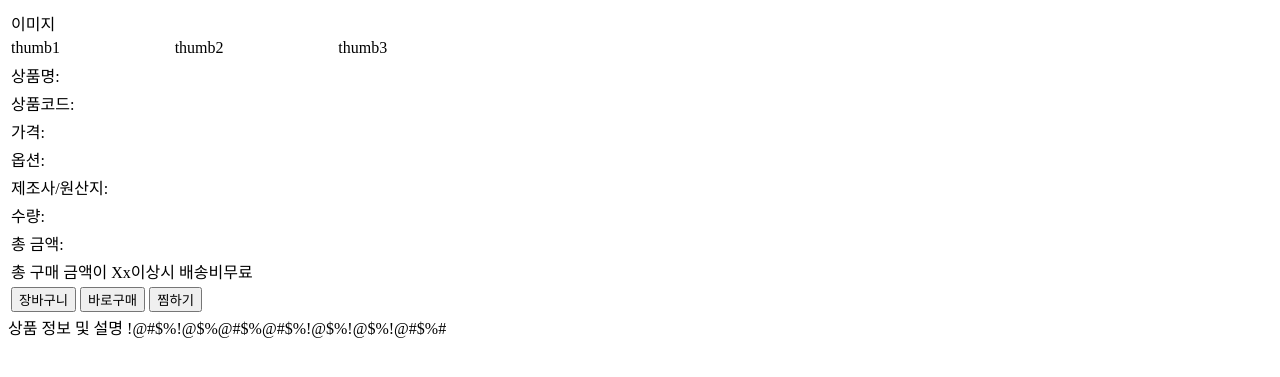
Repository: heeya90/ProjectShoppingMall
Page: http://localhost/ProjectShoppingMall/goods/goods_view.jsp
An editor plug-in stored every save of this project. The page is shown before and after the next save, followed by the edit.
The browser window is 1280 px wide. The pictures show the whole page.
The page is served by Tomcat 9.

Above is the page before, as saved 2012-07-30 08:16:18.

After the next save:
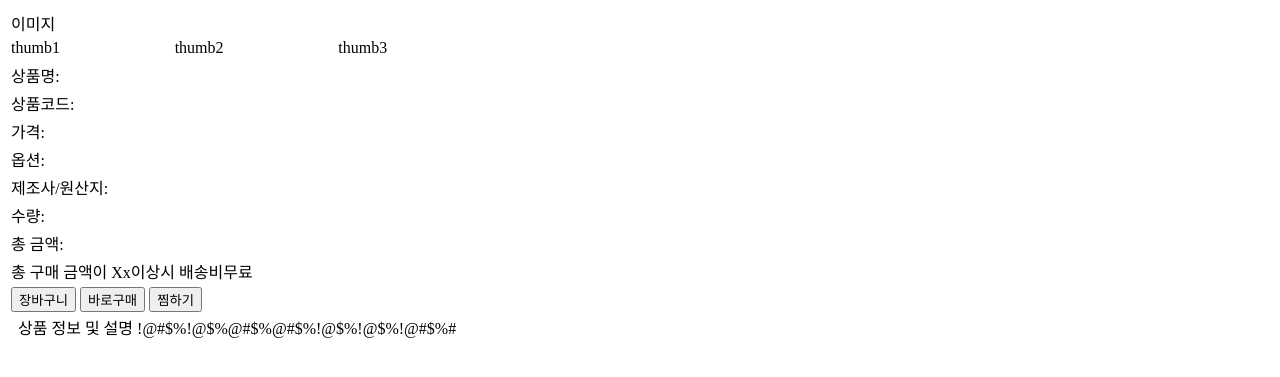
Saved 56 s later.
--- a/ProjectShoppingMall/WebContent/goods/goods_view.jsp
+++ b/ProjectShoppingMall/WebContent/goods/goods_view.jsp
@@ -73,7 +73,7 @@
 		</table>
 	</div>
 
-	<div style=width:99%>
-		<label>상품 정보 및 설명</label>
-		<label>!@#$%!@$%@#$%@#$%!@$%!@$%!@#$%#</label>
+	<div style="width:99%; padding-left: 10px">
+		<label class="jw_lbl_title">상품 정보 및 설명</label>
+		<label >!@#$%!@$%@#$%@#$%!@$%!@$%!@#$%#</label>
 	</div>
